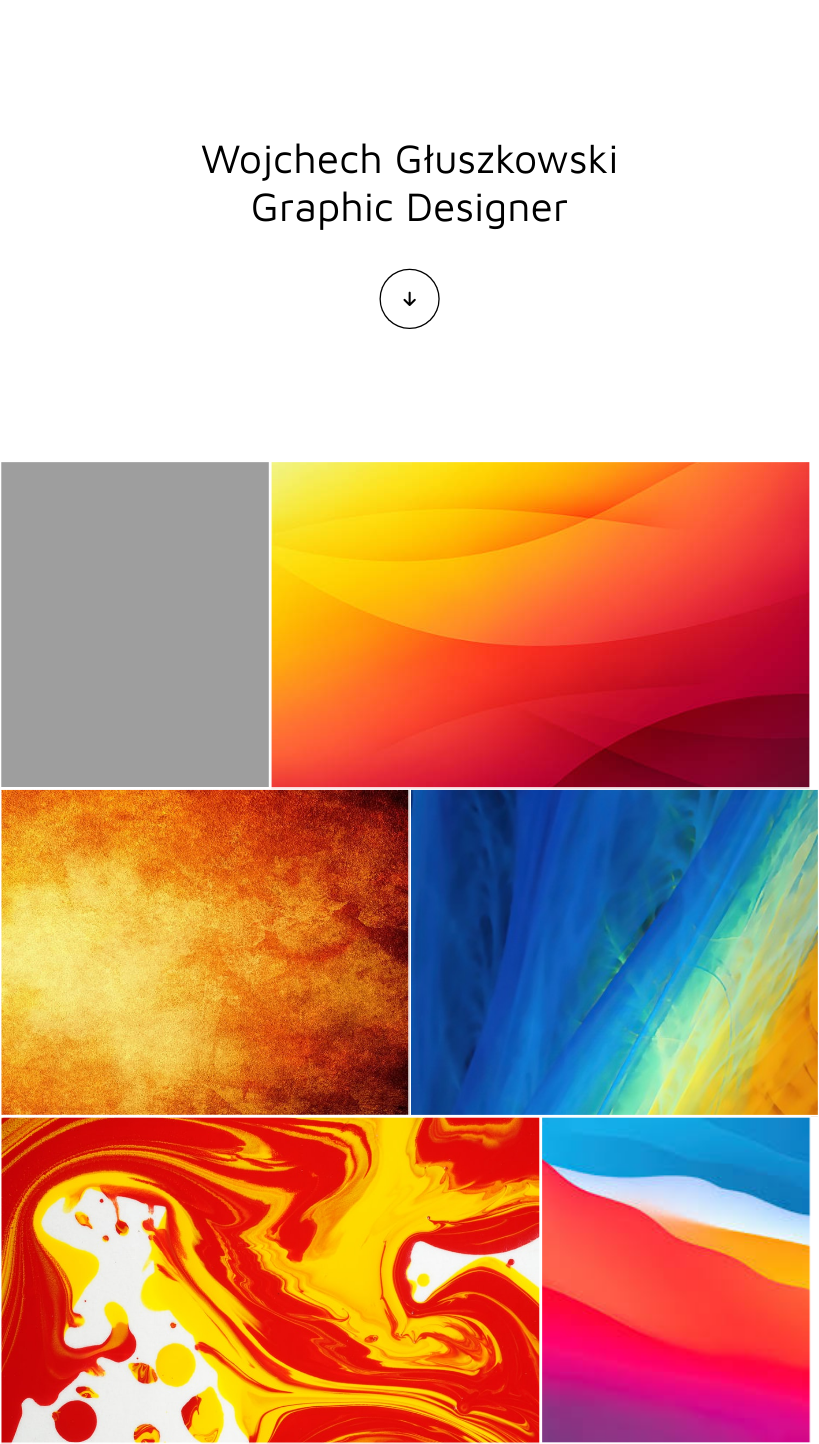
Repository: maciekto/WojciechGluszkowski-Porfolio
Page: /
These files come from the project's save history. The page is drawn as it stood at one moment and after the next save; the edit follows.
The browser window is 1280 px wide. The pictures show the whole page, at 64% of full size.
Pictures or frames that could not be fetched are drawn as grey boxes. Some web libraries are served in a nearby version. The project was rebuilt for these pictures with package versions that can differ from the ones it lists, and the page was loaded fresh each time.

Above is the page before, as saved 2022-06-07 14:49:47.

After the next save:
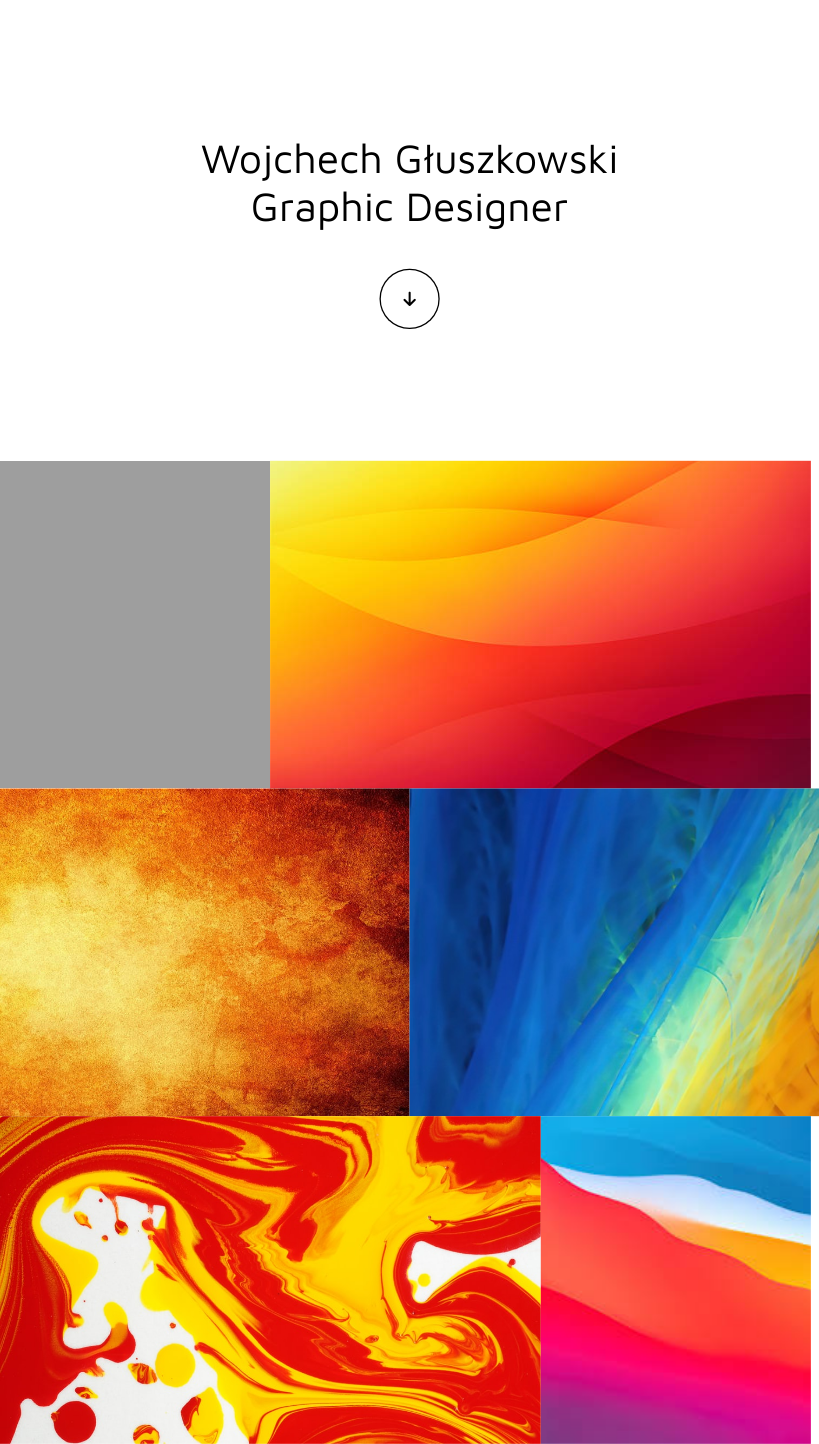
Saved 11 s later.
--- a/src/App.scss
+++ b/src/App.scss
@@ -52,7 +52,7 @@
             transition: 0.4s;
             min-width: 25%;
             min-height: 40vw;
-            border: 2px solid white;
+            // border: 2px solid white;
             cursor: pointer;
             &:hover {
                 transition: 0.4s;
